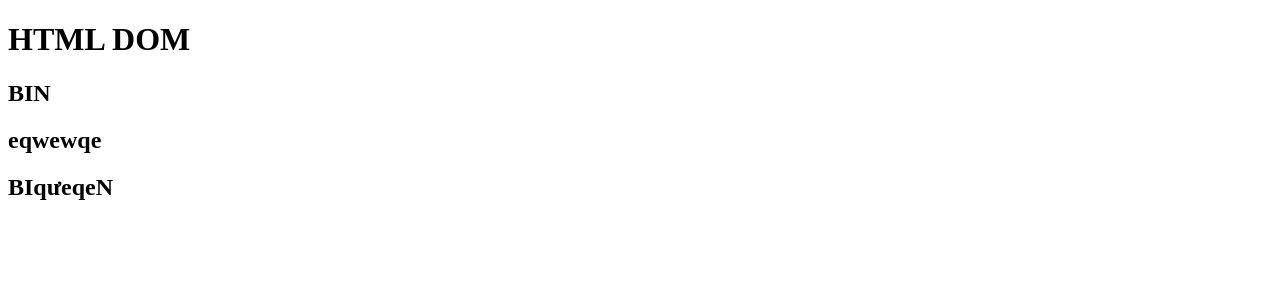
Repository: lt-chinh098406/MusicPlayer
Page: index.html
These files come from the project's save history. The page is drawn as it stood at one moment and after the next save; the edit follows.
The browser window is 1280 px wide. The pictures show the whole page.

Above is the page before, as saved 2021-11-06 16:03:07.

After the next save:
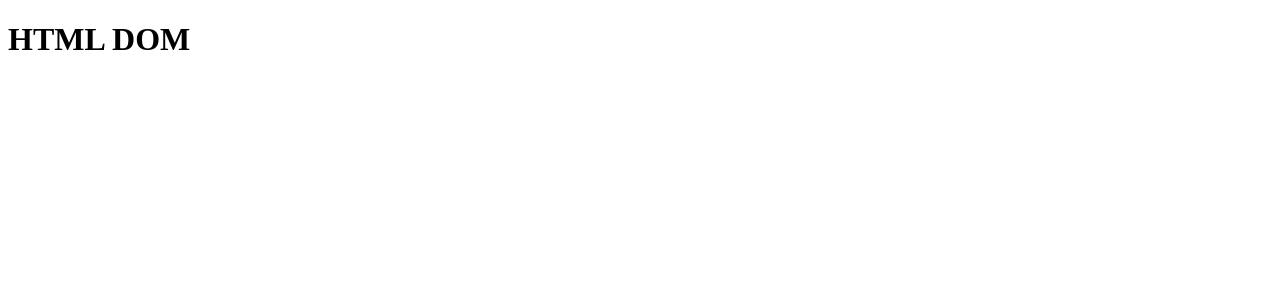
Saved 88 s later.
--- a/index.html
+++ b/index.html
@@ -8,11 +8,9 @@
 </head>
 <body>
   <h1 class="heading">HTML DOM</h1>
-  <div class="box">
-    <h2 class="heading-2">BIN</h2>
-    <h2 class="heading-2">eqwewqe</h2>
-    <h2 class="heading-2">BIqưeqeN</h2>
-  </div>
+
+  <form action="" id="form-1"></form>
+  <form action="" id="form-2"></form>
 </body>
 <script src="main.js"></script>
 </html>
